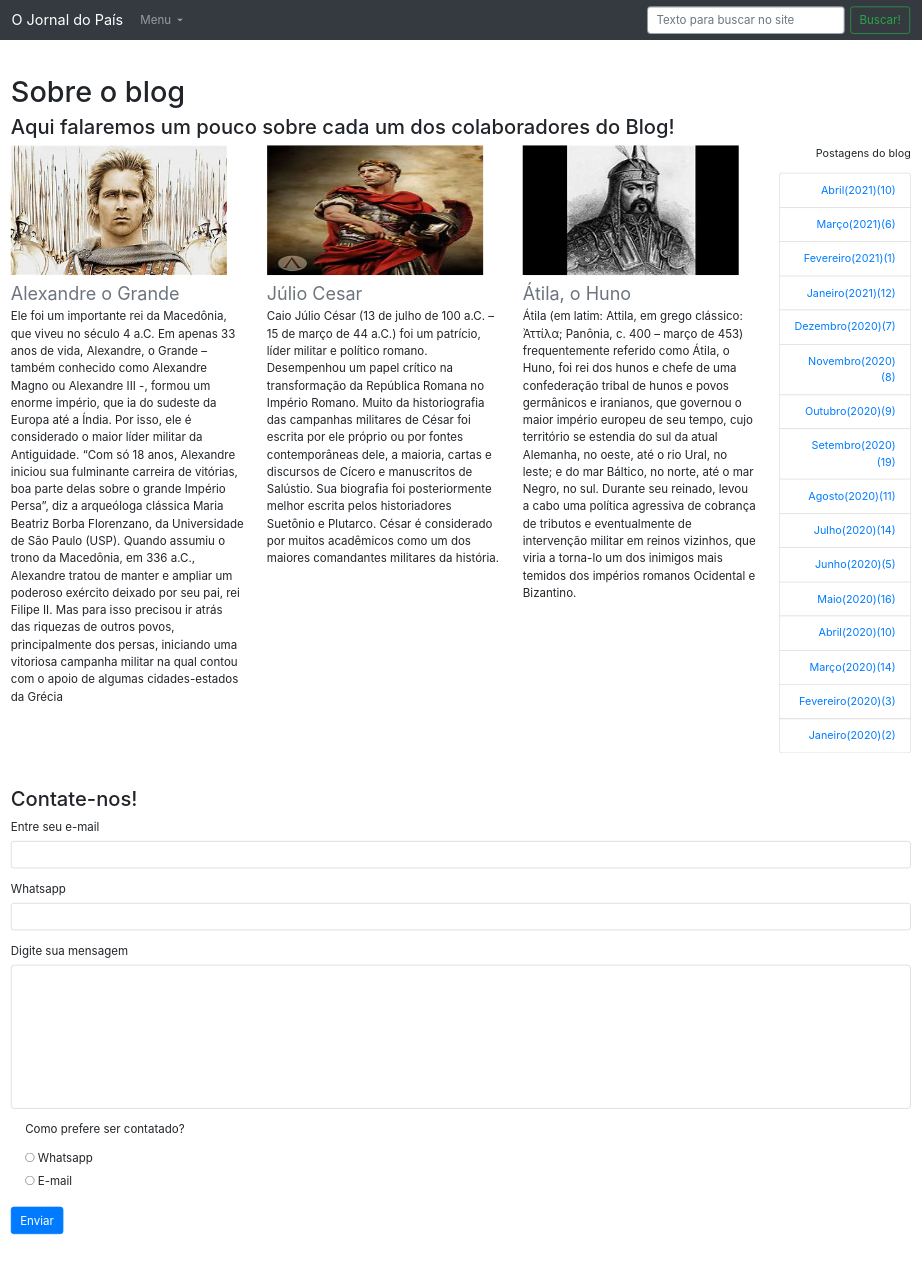
Repository: xhenrique/blog_layout_bootstrap
Page: source/sobre.html
An editor plug-in stored every save of this project. The page is shown before and after the next save, followed by the edit.
The browser window is 1280 px wide. The pictures show the whole page, at 72% of full size.

Above is the page before, as saved 2021-04-25 01:30:16.

### source/sobre.html
<!DOCTYPE html>
<html lang="pt-br">
  <head>
    <!-- Meta tags Obrigatórias -->
    <meta charset="utf-8">
    <meta name="viewport" content="width=device-width, initial-scale=1, shrink-to-fit=no">

    <!-- Bootstrap CSS -->
    <link rel="stylesheet" href="https://stackpath.bootstrapcdn.com/bootstrap/4.1.3/css/bootstrap.min.css" integrity="sha384-MCw98/SFnGE8fJT3GXwEOngsV7Zt27NXFoaoApmYm81iuXoPkFOJwJ8ERdknLPMO" crossorigin="anonymous">

    <title>Jornal do País</title>
  </head>
  <body>
    <nav class="navbar navbar-expand-md navbar-dark bg-dark sticky-top">
        <a class = "navbar-brand" href="index.html">O Jornal do País</a>

        <!--Especificações do que é cada um dos atributos!!!!!
            "aria-controls": define a relação entre os elementos, um elemento é pai e o outro filho, deve ser definido no pai, relacionando o filho;
            "data-target" : Define o que será exibido quando clicar na opção do menu;
            "data-toggle" : o que vai acontecer quando eu clicar em cima do botão, collapse, por exemplo, faz o botão expandir e retrair as opções;
            "aria-expanded" : Flag para o navegador informando que o elemento não está expandido;
            "aria-label" : é usado para definir uma string na tag do elemento atual.
        -->
        <button class="navbar-toggler" type="button" data-toggle="collapse" data-target="#navbarCfg" aria-controls="navbarCfg">
            <span class="navbar-toggler-icon"></span>
        </button>
        <div class="collapse navbar-collapse" id="navbarCfg">
            <ul class="navbar-nav mr-auto">
                <a class="nav-link dropdown-toggle" href="#" id="navbarDropdown" role="button" data-toggle="dropdown" aria-haspopup="true" aria-expanded="false">
                Menu
                </a>
                <div class="dropdown-menu" aria-labelledby="navbarDropdown">
                <a class="dropdown-item" href="index.html">Início</a>
                <a class="dropdown-item" href="sobre.html">Sobre</a>
                <a class="dropdown-item" href="posts.html">Postagens</a>
                <div class="dropdown-divider"></div>
                <p style="text-align: left; padding-left: 10px;"> Criado por: <br/>José Xavier<br/>UFPA - 2021</p>
                </div>
            </ul>
            <form class="form-inline my-2 my-lg-0">
            <input class="form-control mr-sm-2" type="search" placeholder="Texto para buscar no site" aria-label="Search">
            <button class="btn btn-outline-success my-2 my-sm-0" type="submit">Buscar!</button>
            </form>
        </div>
    </nav>

    <div class="container-fluid" id="sobreContainer">
        <div id="sobre_o_blog" class="text-left">
            <br/>
            <br/>
            <h1>Sobre o blog</h1>
            <h3>Aqui falaremos um pouco sobre cada um dos colaboradores do Blog!</h3>
        </div>
        <div class="row d-flex">
            <div class="col">
                <img class="figure-img" src="../img/alexandre.jpg" alt="Xandão"  style="height: 180px; width: 300px">
                <figcaption class="figure-caption" style="font-size: 25px;">
                    Alexandre o Grande
                </figcaption>
                <p>Ele foi um importante rei da Macedônia, que viveu no século 4 a.C. Em apenas 33 anos de vida, Alexandre, o Grande – também conhecido como Alexandre Magno ou Alexandre III -, formou um enorme império, que ia do sudeste da Europa até a Índia. Por isso, ele é considerado o maior líder militar da Antiguidade. “Com só 18 anos, Alexandre iniciou sua fulminante carreira de vitórias, boa parte delas sobre o grande Império Persa”, diz a arqueóloga clássica Maria Beatriz Borba Florenzano, da Universidade de São Paulo (USP). Quando assumiu o trono da Macedônia, em 336 a.C., Alexandre tratou de manter e ampliar um poderoso exército deixado por seu pai, rei Filipe II. Mas para isso precisou ir atrás das riquezas de outros povos, principalmente dos persas, iniciando uma vitoriosa campanha militar na qual contou com o apoio de algumas cidades-estados da Grécia</p>
            </div>
            <div class="col">
                <img class="figure-img" src="../img/th.jfif" alt="Melhor_do_mundo" style="height: 180px; width: 300px">
                <figcaption class="figure-caption" style="font-size: 25px;">
                    Júlio Cesar
                </figcaption>
                <p>Caio Júlio César (13 de julho de 100 a.C. – 15 de março de 44 a.C.) foi um patrício, líder militar e político romano. Desempenhou um papel crítico na transformação da República Romana no Império Romano. Muito da historiografia das campanhas militares de César foi escrita por ele próprio ou por fontes contemporâneas dele, a maioria, cartas e discursos de Cícero e manuscritos de Salústio. Sua biografia foi posteriormente melhor escrita pelos historiadores Suetônio e Plutarco. César é considerado por muitos acadêmicos como um dos maiores comandantes militares da história.</p>
            </div>
            <div class="col">
                <img class="figure-img" src="../img/atila.jpg" alt="o_huno" style="height: 180px; width: 300px">
                <figcaption class="figure-caption" style="font-size: 25px;">
                        Átila, o Huno
                </figcaption>
                <p>Átila (em latim: Attila, em grego clássico: Ἀττίλα; Panônia, c. 400 – março de 453) frequentemente referido como Átila, o Huno, foi rei dos hunos e chefe de uma confederação tribal de hunos e povos germânicos e iranianos, que governou o maior império europeu de seu tempo, cujo território se estendia do sul da atual Alemanha, no oeste, até o rio Ural, no leste; e do mar Báltico, no norte, até o mar Negro, no sul. Durante seu reinado, levou a cabo uma política agressiva de cobrança de tributos e eventualmente de intervenção militar em reinos vizinhos, que viria a torna-lo um dos inimigos mais temidos dos impérios romanos Ocidental e Bizantino.</p>
            </div>
            <div class="col-md-2">
                <div class="text-right" style="font-size: 15px;">
                    <p>Postagens do blog</p>
                    <ul class="list-group">
                        <!--Javascript provavelmente entraria aqui, iterando sobre uma lista/matriz e exibindo a quantida de postagens por mês/ano-->
                        <li class="list-group-item"><a href="">Abril(2021)(10)</a></li>
                        <li class="list-group-item"><a href="">Março(2021)(6)</a></li>
                        <li class="list-group-item"><a href="">Fevereiro(2021)(1)</a></li>
                        <li class="list-group-item"><a href="">Janeiro(2021)(12)</a></li>
                        <li class="list-group-item"><a href="">Dezembro(2020)(7)</a></li>
                        <li class="list-group-item"><a href="">Novembro(2020)(8)</a></li>
                        <li class="list-group-item"><a href="">Outubro(2020)(9)</a></li>
                        <li class="list-group-item"><a href="">Setembro(2020)(19)</a></li>
                        <li class="list-group-item"><a href="">Agosto(2020)(11)</a></li>
                        <li class="list-group-item"><a href="">Julho(2020)(14)</a></li>
                        <li class="list-group-item"><a href="">Junho(2020)(5)</a></li>
                        <li class="list-group-item"><a href="">Maio(2020)(16)</a></li>
                        <li class="list-group-item"><a href="">Abril(2020)(10)</a></li>
                        <li class="list-group-item"><a href="">Março(2020)(14)</a></li>
                        <li class="list-group-item"><a href="">Fevereiro(2020)(3)</a></li>
                        <li class="list-group-item"><a href="">Janeiro(2020)(2)</a></li>
                    </ul>
                </div>
            </div>
        </div>

        <form>
            <br/>
            <br/>

            <h3>
                Contate-nos!
            </h3>

            <div class="mb-3">
                <label for="inputEmail" class="form-label">Entre seu e-mail</label>
                <input type="email" class="form-control" id="inputEmail" aria-describedby="emailHelp">
            </div>
              <div class="mb-3">
                <label for="wppInput" class="form-label">Whatsapp</label>
                <input type="text" class="form-control" id="wppInput">
              </div>
              <div class="mb-3">
                <label for="msgInput" class="form-label">Digite sua mensagem</label>
                <input type="text" class="form-control form-control-lg" id="msgInput" style="height: 200px;">
              </div>
              <div class="mb-3 form-check">
                  <p>Como prefere ser contatado?
                  </p>
                  <input type="radio" id="wpp" name="whatsapp" value="Whatsapp">
                  <label for="wpp">Whatsapp</label><br>
                  <input type="radio" id="e-mail" name="email" value="E-mail">
                  <label for="e-mail">E-mail</label><br>
              </div>
              <button class="btn btn-primary" type="submit" aria-label="btnSubmmit">Enviar</button>
              <br>
              <br>
              <br>
        </form>
    </div>


    <!-- JavaScript (Opcional) -->
    <!-- jQuery primeiro, depois Popper.js, depois Bootstrap JS -->
    <script src="https://code.jquery.com/jquery-3.3.1.slim.min.js" integrity="sha384-q8i/X+965DzO0rT7abK41JStQIAqVgRVzpbzo5smXKp4YfRvH+8abtTE1Pi6jizo" crossorigin="anonymous"></script>
    <script src="https://cdnjs.cloudflare.com/ajax/libs/popper.js/1.14.3/umd/popper.min.js" integrity="sha384-ZMP7rVo3mIykV+2+9J3UJ46jBk0WLaUAdn689aCwoqbBJiSnjAK/l8WvCWPIPm49" crossorigin="anonymous"></script>
    <script src="https://stackpath.bootstrapcdn.com/bootstrap/4.1.3/js/bootstrap.min.js" integrity="sha384-ChfqqxuZUCnJSK3+MXmPNIyE6ZbWh2IMqE241rYiqJxyMiZ6OW/JmZQ5stwEULTy" crossorigin="anonymous"></script>
  </body>
</html>

After the next save:
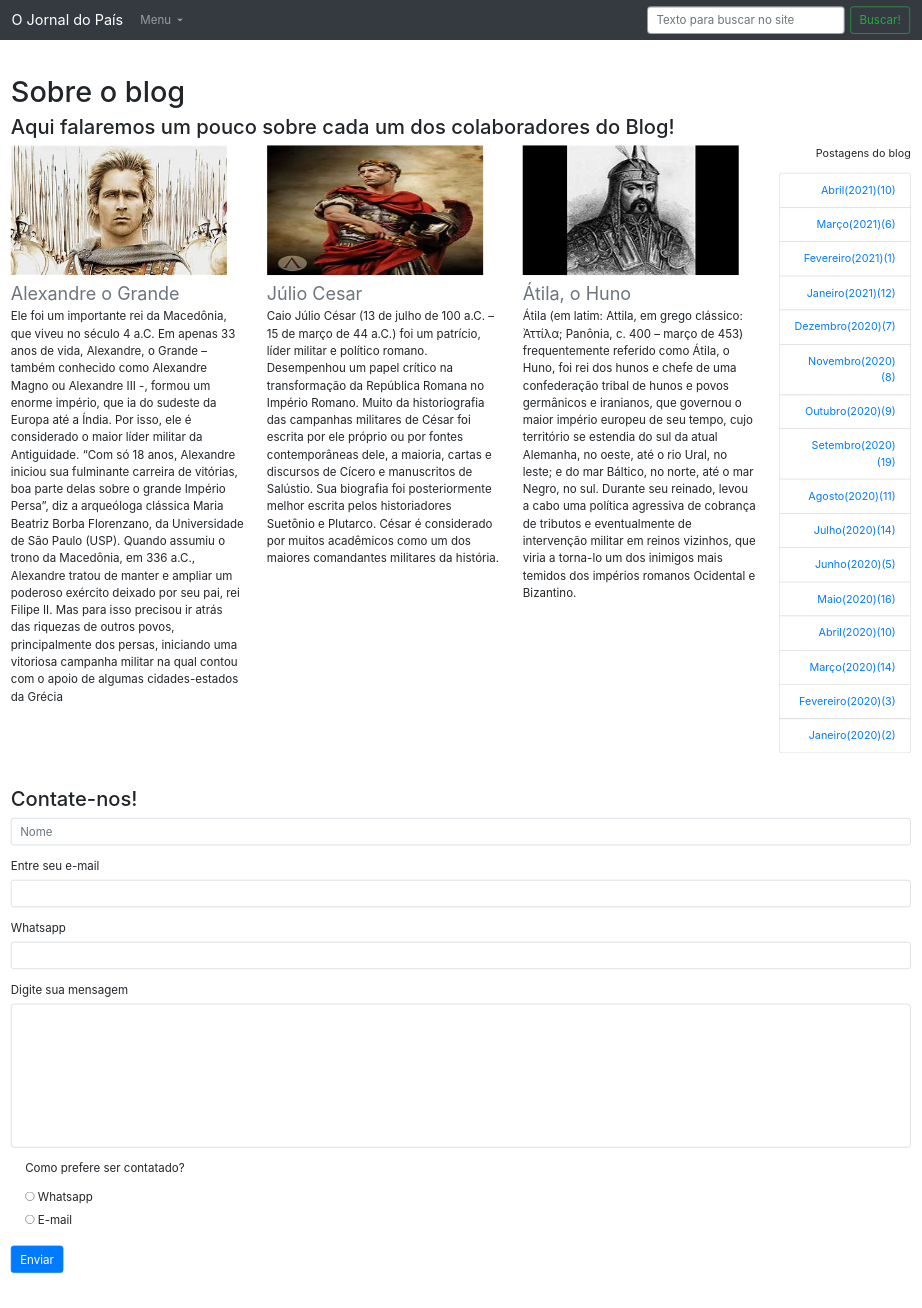
Saved 68 s later.
--- a/source/sobre.html
+++ b/source/sobre.html
@@ -106,7 +106,9 @@
             <h3>
                 Contate-nos!
             </h3>
-
+            <div class="mb-3">
+                <input type="email" placeholder="Nome" class="form-control" id="inputEmail" aria-describedby="emailHelp">
+            </div>
             <div class="mb-3">
                 <label for="inputEmail" class="form-label">Entre seu e-mail</label>
                 <input type="email" class="form-control" id="inputEmail" aria-describedby="emailHelp">
